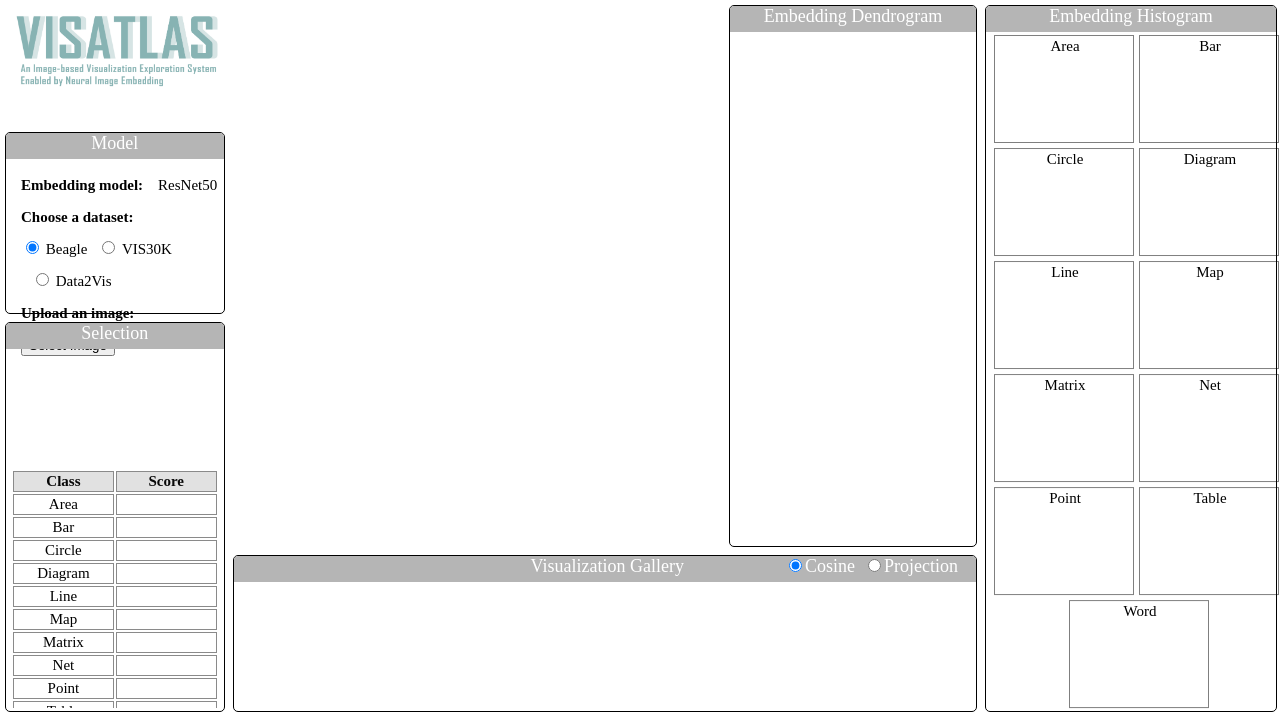
Repository: yilinye/AI_and_human_paintings
Page: / (app in VIS4AI_art/Frontend/)
The author's editor kept a copy of each file at every save. The page is drawn from the files as they stood at one save, then again after the next save.
The browser window is 1280 px wide. The page is 1280 px wide, then 1283 px, so the pictures cover 1283 px, including what lies to the right of the window. The pictures show the whole page.
The page's requests for data from a server got no answer. The project was rebuilt for these pictures with package versions that can differ from the ones it lists, and the page was loaded fresh each time. No one was signed in, and anything a server would have sent is missing. Also part of the build but not shown: VIS4AI_art/Frontend/vite.config.js, VIS4AI_art/Frontend/vue.config.js, VIS4AI_art/Frontend/src/components/WelcomeItem.vue, VIS4AI_art/Frontend/src/components/icons/IconDocumentation.vue, VIS4AI_art/Frontend/src/components/icons/IconTooling.vue, VIS4AI_art/Frontend/src/components/icons/IconEcosystem.vue, VIS4AI_art/Frontend/src/components/icons/IconCommunity.vue, VIS4AI_art/Frontend/src/components/icons/IconSupport.vue and 2 more.

Above is the page before, as saved 2022-04-30 22:51:58.

### VIS4AI_art/Frontend/src/App.vue
<!--
 * @Author: Qing Shi
 * @LastEditTime: 2022-04-12 22:41:44
 * @Knowledge:
 * @Description:
 * @Attention:
-->

<template>
  <VisView/>
</template>

<script>
import VisView from "./views/visView.vue";

// var Event = new Vue();
export default {
    components: { VisView }
}
</script>

<style>
@import "./assets/base.css";

#app {
  height: calc(100%);
  font-weight: normal;
}

</style>

### VIS4AI_art/Frontend/src/assets/base.css
body {

  margin: 0%;
  height: 100%;
  width: 100%;
  background-color: rgb(255, 255, 255);
  overflow: hidden;
}


#titleBar {
  background: rgb(181, 181, 181);
  height: 26px;
  width: calc(100% + 0px);
  border-radius: 4px 4px 0px 0px;
  /* border: solid 1px; */
  transform: translate(0px);
  text-align: center;
  color: white;
  font-size: 18px;
}


/*chrome--------------------------------------------start*/
::-webkit-scrollbar {
  width: 8px;
  height: 8px;
}

/* Track */
::-webkit-scrollbar-track {
  background: #ffffff;
  border-radius: 8px;
}

/* Handle */
::-webkit-scrollbar-thumb {
  background: rgb(201, 201, 202);
  border-radius: 8px;
}

/* Handle on hover */
::-webkit-scrollbar-thumb:hover {
  background: rgb(162, 162, 163);
}

.el-menu::-webkit-scrollbar,
.el-table__body-wrapper::-webkit-scrollbar {
  display: none;
}

.el-menu:hover::-webkit-scrollbar,
.el-table__body-wrapper:hover::-webkit-scrollbar {
  display: block;
}

/*chrome--------------------------------------------end*/

### VIS4AI_art/Frontend/src/components/selectView.vue
<!--
 * @Author: Qing Shi
 * @LastEditTime: 2022-04-30 20:52:22
 * @Knowledge:
 * @Description:
 * @Attention:
-->
<template>
  <div style="height: 100%">
    <div id="titleBar">
      {{ viewName }}
    </div>
    <div id="selectPic">
      <div
        v-if="isChoose"
        id="isChoose"
      >
        <img
          id="nodePic"
        >
      </div>
    </div>
    <div id="selectTable">
      <table style="width:calc(100% - 10px);text-align: center;margin-top:2px;height:calc(100% - 10px);margin-bottom:5px;margin-left:5px; margin-right: 5px;">
        <tr style="height:calc(8% - 30px)">
          <th>Class</th>
          <th>Score</th>
        </tr>
        <tr
          v-for="item in items"
          :key="item.className"
          style="height:calc(8% - 30px)"
        >
          <td>{{ item.className }}</td>
          <td :id="item.className+'Table'">{{ item.classScore }}</td>
        </tr>
      </table>
    </div>
  </div>
</template>

<script>
export default {
  data () {
    return {
      viewName: "Selection",
      isChoose: true,
      picPath: "/src/assets/logo.svg",
      items: {
        Area: { className: "Area", classScore: "" },
        Bar: { className: "Bar", classScore: "" },
        Circle: { className: "Circle", classScore: "" },
        Diagram: { className: "Diagram", classScore: "" },
        Line: { className: "Line", classScore: "" },
        Map: { className: "Map", classScore: "" },
        Matrix: { className: "Matrix", classScore: "" },
        Net: { className: "Net", classScore: "" },
        Point: { className: "Point", classScore: "" },
        Table: { className: "Table", classScore: "" },
        Word: { className: "Word", classScore: "" },
      }
    }
  }
}
</script>

<style>
#selectPic {
  height: 30%;
  width: 100%;
}
#isChoose {
  text-align: center;
  margin-top: 1px;
  margin-left: 6px;
  margin-right: 6px;
  margin-bottom: 2px;
  height: 100%;
  display: flex;
  flex-direction: column;
  justify-content: center;
  align-items: center;
}
#selectTable {
  height: calc(70% - 30px);
  width: 100%;
  overflow: auto;
  /* background-color: #000000; */
}

th {
  text-align: middle;
  /* padding-left: 45px; */
  /* border-bottom: 1px solid #ddd; */
  border: 1px solid rgb(138, 138, 138);
  /* background-color: white; */
  background-color: rgb(225, 225, 225);
  color: rgb(7, 7, 7);
  font-size: 15px;
  /* color: white; */
}

td {
  text-align: middle;
  /* padding-left: 45px; */
  width: 50%;
  /* border-bottom: 1px solid #ddd; */
  border: 1px solid rgb(138, 138, 138);
  font-size: 15px;
  color: black;
  /* height: 100% */
}

/* tr {
  height: calc(100%)
} */

tr:hover {
  background-color: rgb(231, 164, 179);
}
</style>

### VIS4AI_art/Frontend/src/components/histogramView.vue
<!--
 * @Author: Qing Shi
 * @LastEditTime: 2022-04-30 22:51:15
 * @Knowledge:
 * @Description:
 * @Attention:
-->
<template>
  <div>
    <div id="titleBar">
      {{ viewName }}
    </div>
    <div id="mainHistogram">
      <div
        v-for="(ty, index) in typeName"
        :key="ty"
        :id="'His' + ty"
        v-bind:style="{ border: 'solid 1px rgba(0, 0, 0, 0.5)', width: wd, height:hs, position: 'absolute', left: '8px', transform: 'translate(' + (index == 10 ? 'calc(50% + 5px)' : index % 2 ? 'calc(100% + 5px)' : '0') + ',' + 'calc(' + ((Math.floor(index / 2)) * 100) + '% + ' + ((Math.floor(index / 2)) * 5) + 'px' + ' + 3px)' + ')' }"
      >

      </div>
    </div>
  </div>
</template>

<script>
import * as d3 from 'd3';
import { dataService } from '../service';
export default {
  mounted () {
    // dataService.fetchData({ 'filePath': this.fileP.filePath }, fileData => {
    //   console.log(11111);

    //   // this.drawHistogram(fileData.data.data, this.typeName);
    // });
    this.typeName.forEach(d => {
      this.createSVG(d);
    })

    this.drawHistogram(this.fileP.filePath, this.typeName);
  },
  data () {
    return {
      viewName: "Embedding Histogram",
      typeName: ["Area", "Bar", "Circle", "Diagram", "Line", "Map", "Matrix", "Net", "Point", "Table", "Word"],
      hs: "calc(16.6% - 11px)",
      wd: "calc(50% - 7px)",
      selectType: '',
      xAxis: undefined,
      yAxis: {},
      hisWidth: 0,
      hisHeight: 0,
      levelCluster: {
        "Beagle": ['Circle', 'Map', 'Line', 'Area', 'Bar', 'Net', 'Point', 'Diagram', 'Matrix', 'Table', 'Word'],
        "VIS": ["Map", "Circle", "Bar", "Point", "Line", "Diagram", "Matrix", "Net", "Area", "Table", "Word"],
        "Data": ["Area", "Line", "Bar", "Point"]
      },

    };
  },
  inject: ['fileP'], // get file path from visView.vue
  methods: {
    /**
     * @description: create svg for every histogram
     * @param {*} hisType Feature
     * @return {*}
     */
    createSVG: function (hisType) {
      d3.select("#" + hisType + 'Svg').remove();
      const hisHeight = document.getElementById(('His' + hisType)).offsetHeight;
      const hisWidth = document.getElementById(('His' + hisType)).offsetWidth;
      this.hisHeight = hisHeight;
      this.hisWidth = hisWidth;
      d3.select('#His' + hisType)
        .append('svg')
        .attr('id', hisType + 'Svg')
        .attr('width', hisWidth)
        .attr('height', hisHeight)
      d3.select('#' + hisType + 'Svg')
        .append('text')
        .text(hisType)
        .attr('font-size', 15)
        .attr('text-anchor', 'middle')
        .attr('y', 15)
        .attr('x', hisWidth / 2)
    },
    /**
     * @description: data processing and use function
     * @param {String} filePath: which file will be used, selected in modelView.vue
     * @param {Array} hisTypeArray: Feature Group
     * @return {*}
     */
    drawHistogram: function (filePath, hisTypeArray) {
      d3.csv(filePath).then((fileData) => {
        hisTypeArray.forEach(hisType => {
          // index name need small letters
          let hisTag = hisType.toLowerCase();
          const hisData = new Object();
          for (let i = 0; i < fileData.length; ++i) {
            let indexNum = Math.floor(parseFloat(fileData[i][hisTag]) * 10);
            if (indexNum == 10) indexNum--; // let 1 to 0.9 ~ 1
            if (indexNum == 0) continue;
            if (typeof (hisData[indexNum]) == 'undefined') {
              hisData[indexNum] = { cnt: 0, items: [] };
            }
            hisData[indexNum].cnt++;
            hisData[indexNum].items.push(fileData[i]);
          }

          // remove old View
          d3.select("#his_g_" + hisType).remove();
          // define new View
          d3.select("#" + hisType + "Svg")
            .append('g')
            .attr("id", "his_g_" + hisType);

          this.drawRectAndAxis(hisData, hisType);
          this.drawSelectRect(hisData, hisType);
          this.RectBrush(hisData, hisType);
          // this.allHisData[hisType] = hisData;
          // d3.select("#selCircle8").transition().duration(2000).attr('y', 20).attr("height", 70);
        })
      });
    },
    /**
     * @description: draw bar charts and x/y axises
     * @param {Array} hisData bar chart data
     * @param {String} hisType Feature
     * @return {*}
     */
    drawRectAndAxis: function (hisData, hisType) {
      // remove old View
      d3.select("#his_rect_g_" + hisType).remove();
      // define new View
      const his_g = d3.select("#his_g_" + hisType)
        .append('g')
        .attr("id", "his_rect_g_" + hisType);

      const hisArray = new Array();

      for (let i in hisData)
        hisArray.push(hisData[i].cnt);

      const xAxis = d3.scaleLinear()
        .domain([0.1, 1.0])
        .range([0, this.hisWidth - 60])
      const yAxis = d3.scaleLinear()
        .domain([0, d3.max(hisArray)])
        .range([this.hisHeight - 42, 0]);
      this.xAxis = xAxis;
      this.yAxis[hisType] = yAxis;

      his_g.append('g')
        .selectAll("#hisRect" + hisType)
        .attr('id', "hisRect" + hisType)
        .data(hisArray)
        .enter()
        .append('rect')
        .attr("dmax", d3.max(hisArray))
        .attr('x', (d, i) => {
          return this.xAxis((i + 1) / 10) + 45 + 5;
        })
        .attr('y', (d, i) => {
          return this.yAxis[hisType](d) + 20;
        })
        .attr('height', d => {
          return this.hisHeight - 42 - this.yAxis[hisType](d)
        })
        .attr('width', 10)
        .attr('fill', "rgb(198, 198, 198)");
      // draw Axis
      his_g.append('g')
        .call(d3.axisBottom(xAxis).ticks(5))
        .attr("transform", `translate(${45}, ${this.hisHeight - 22})`);
      his_g.append('g')
        .call(d3.axisLeft(yAxis).ticks(5))
        .attr("transform", `translate(${45}, ${20})`);
    },
    /**
     * @description: draw bar charts which be select. I draw them without height. When I select some data, I will change the height of them.
     * @param {*} hisData bar chart data
     * @param {*} hisType Feature
     * @return {*}
     */
    drawSelectRect: function (hisData, hisType) {
      // remove old View
      d3.select("#his_sel_g_" + hisType).remove();
      // define new View
      const his_g = d3.select("#his_g_" + hisType)
        .append('g')
        .attr("id", "his_sel_g_" + hisType);

      const hisArray = new Array();
      for (let i in hisData)
        hisArray.push(hisData[i].cnt);
      // console.log()
      his_g.append('g')
        .selectAll("#hisSelRect" + hisType)
        .attr('id', "hisSelRect" + hisType)
        .data(hisArray)
        .enter()
        .append('rect')
        .attr("dmax", this.yAxis[hisType].domain()[1])
        .attr("hisHeight", this.hisHeight)
        .attr("id", (d, i) => {
          return "sel" + hisType + (i + 1);
        })
        .attr('x', (d, i) => {
          return this.xAxis((i + 1) / 10) + 40;
        })
        .attr('y', (d, i) => {
          return this.hisHeight - 20;
        })
        .attr('height', d => {
          return 0;
        })
        .attr('width', 10)
        .attr('fill', "orange");
    },
    /**
     * @description: a brush. Select areas in the bar chart
     * @param {*} hisData bar chart data
     * @param {*} hisType Feature
     * @return {*}
     */
    RectBrush (hisData, hisType) {
      let _this = this;
      const hisArray = new Array();
      for (let i in hisData)
        hisArray.push(hisData[i].cnt);
      const brush = d3.brush()
        .extent([
          [30, 15],
          [_this.hisWidth - 5, _this.hisHeight - 10]
        ])
        .on('start', function ({ selection }) {
          if (selection != null) {
            d3.select('#brush_rect').remove();
          }
        })
        // .on('brush', brushing)
        .on('end', brushed);
      // console.log(hisData)
      const brush_g = d3.select("#his_g_" + hisType)
        .append('g')
        .attr('id', 'brush_g' + hisType)
        .call(brush);

      // I really don't like programing this function, but it's the method which can clear the brush.
      function brushed ({ selection }) {
        if (selection != null) {
          const [
            [x0, y0],
            [x1, y1]
          ] = selection;
          d3.select('#his_g_' + hisType)
            .append("rect")
            .attr('id', 'brush_rect')
            .attr('x', x0)
            .attr('y', y0)
            .attr('width', x1 - x0)
            .attr('height', y1 - y0)
            .attr('fill', 'white')
            .attr('fill-opacity', 0)
            .attr('stroke', '#2378ae')
            .attr('stroke-dasharray', '4, 4')
            .attr('stroke-width', 3);

          let levelType = undefined;
          let pidScatter = {};

        let filePath = _this.fileP.filePath;
        if (filePath[13] == 'B') {
          levelType = _this.levelCluster["Beagle"];
        }

        if (filePath[13] == 'V') {
          levelType = _this.levelCluster["VIS"];
        }

        if (filePath[13] == 'D') {
          levelType = _this.levelCluster["Data"];
        }
          let treeCnt = {};
          levelType.forEach(d => {
            treeCnt[d.toLowerCase()] = {
              value: 0,
              id: d
            }
          })
          let selectData = {};
          _this.typeName.forEach(d => {
            selectData[d] = {};
            for (let i = 1; i <= 9; ++i)
              selectData[d][i] = { cnt: 0 };
          })
          for (let i = 0; i < 9; ++i) {
            if (x0 < _this.xAxis((i + 1) / 10) + 40 + 6 && _this.xAxis((i + 1) / 10) + 40 + 6 < x1) {
              hisData[i + 1].items.forEach(d => {
                pidScatter[d.pid] = 1;
                // d3.select("#rad_cir" + d.pid).attr('opacity', 1).attr('r', 4);
                _this.typeName.forEach(hisTag => {
                  let indexNum = Math.floor(parseFloat(d[hisTag.toLowerCase()]) * 10);
                  if (indexNum == 10) indexNum--; // let 1 to 0.9 ~ 1
                  if (indexNum != 0) {
                    selectData[hisTag][indexNum].cnt++;
                  }
                })
                treeCnt[d['class']].value++;
              })
            }
          }
          d3.selectAll('.rad_cir')
            .attr('r', d => {
              return pidScatter[d.pid] == 1 ? 2 : 0;
            })
          for (let i in selectData) {
            for (let j in selectData[i]) {
              d3.select("#sel" + i + (j))
                .transition().duration(1000)
                .attr('y', _this.yAxis[i](selectData[i][j].cnt) + 20)
                .attr("height", _this.hisHeight - 42 - _this.yAxis[i](selectData[i][j].cnt));
            }
          }
          let treeData = [];
          let sumTree = 0;
          for (let i in treeCnt) {
            if (treeCnt[i].value > 0) {
              treeData.push({
                value: treeCnt[i].value,
                id: treeCnt[i].id.toLowerCase(),
                top: sumTree
              });
              sumTree += treeCnt[i].value;
            }
          }
          _this.updateTree(treeData, sumTree);
          // clear brush
          d3.select(this).call(brush.move, null);
        }
      }
    },
    /**
     * @description: update Dendrogram
     * @param {Array} treeData data of the tree
     * @param {Int} sumTree Number of all selected elements
     * @return {*}
     */
    updateTree (treeData, sumTree) {
      this.$emit('updateTree', treeData, sumTree);
    }
  },
  watch: {
    fileP: {
      handler (newValue, oldValue) {
        console.log(newValue)
        this.drawHistogram(this.fileP.filePath, this.typeName);
      },
      deep: true
    }
  }
}
</script>

<style>
#mainHistogram {
  height: calc(100% - 30px);
  width: calc(100%);
  /* background-color: #000; */
}
.selection {
  fill: none;
  stroke: #2378ae;
  stroke-width: 3;
  stroke-dasharray: 4, 4;
}
</style>

### VIS4AI_art/Frontend/src/components/galleryView.vue
<template>
  <div style="width: 100%; height: 100%;">
    <div id="titleBar">
      <span style="position: absolute; left: 40%;">{{ viewName }}</span>
      <span style="float: right">
        <form
          id="select-distance"
          style="margin-top:0;margin-right:18px"
        >

          <input
            type="radio"
            id="metricChoice1"
            name="contact"
            value="cosine"
            checked="checked"
            @click="updateType('Cosine')"
          >
          <label for="metricChoice1">Cosine</label>

          <input
            type="radio"
            id="metricChoice2"
            name="contact"
            value="radviz"
            style="margin-left:13px;padding-top:50%;"
            @click="updateType('Projection')"
          >
          <label for="metricChoice2">Projection</label>

        </form>
      </span>

    </div>
    <div id="nodeGallery">
      <div style="height: 100%; white-space: nowrap;">
        <div
          v-for="(item, index) in closeNode"
          :key="index"
          class="closeNode"
        >
          <img
            :src="'/src/assets' + item.path.slice(1)"
            alt=""
            :pid="item.pid"
            style="height:100%;"
            @click="updateSelectNode(item)"
          >
        </div>
      </div>
    </div>
  </div>
</template>

<script>
export default {
  data () {
    return {
      viewName: "Visualization Gallery",
      closeNode: []
    }
  },
  methods: {
    /**
     * @description: set the closeNode
     * @param {Array} data picture information from visView.vue
     * @return {*}
     */
    setCloseNode (data) {
      // console.log(data);
      this.closeNode = data;
    },
    /**
     * @description: change the gallery type
     * @param {String} data Cosine / Projection
     * @return {*}
     */
    updateType (data) {
      // console.log(data)
      this.$emit('updateGType', data);
    },
    /**
     * @description: select a picture and upload information
     * @param {*} data data bound to the picture
     * @return {*}
     */
    updateSelectNode (data) {
      this.$emit("updateSelectNode", data);
    }
  }
}
</script>

<style>
#nodeGallery {
  overflow-x: scroll;
  overflow-y: hidden;
  width: 100%;
  height: calc(100% - 30px);
}
.closeNode {
  /* position: absolute; */
  /* width: 20%; */
  height: calc(100% - 20px);
  /* padding-bottom: 50%; */
  /* position: fixed; */
  margin-top: 10px;
  margin-bottom: 10px;
  border: solid 1px rgba(0, 0, 0, 0.5);
  margin-left: 5px;
  margin-right: 5px;
  /* float: left; */
  white-space: normal;
  display: inline-block;
  /* display: flex; */
  flex-direction: column;
  justify-content: center;
  align-items: center;
}
</style>

Loaded but not shown: VIS4AI_art/Frontend/index.html (common file); VIS4AI_art/Frontend/src/service/modules/dataService.js (24 lines, source omitted); VIS4AI_art/Frontend/src/router/index.js (21 lines, source omitted); VIS4AI_art/Frontend/src/main.js (11 lines, source omitted); VIS4AI_art/Frontend/src/service/index.js (1 lines, source omitted); VIS4AI_art/Frontend/src/components/mainView.vue (851 lines, source omitted); VIS4AI_art/Frontend/src/components/dendrogramView.vue (279 lines, source omitted); VIS4AI_art/Frontend/src/components/modelView.vue (167 lines, source omitted); VIS4AI_art/Frontend/src/views/visView.vue (199 lines, source omitted)

After the next save:
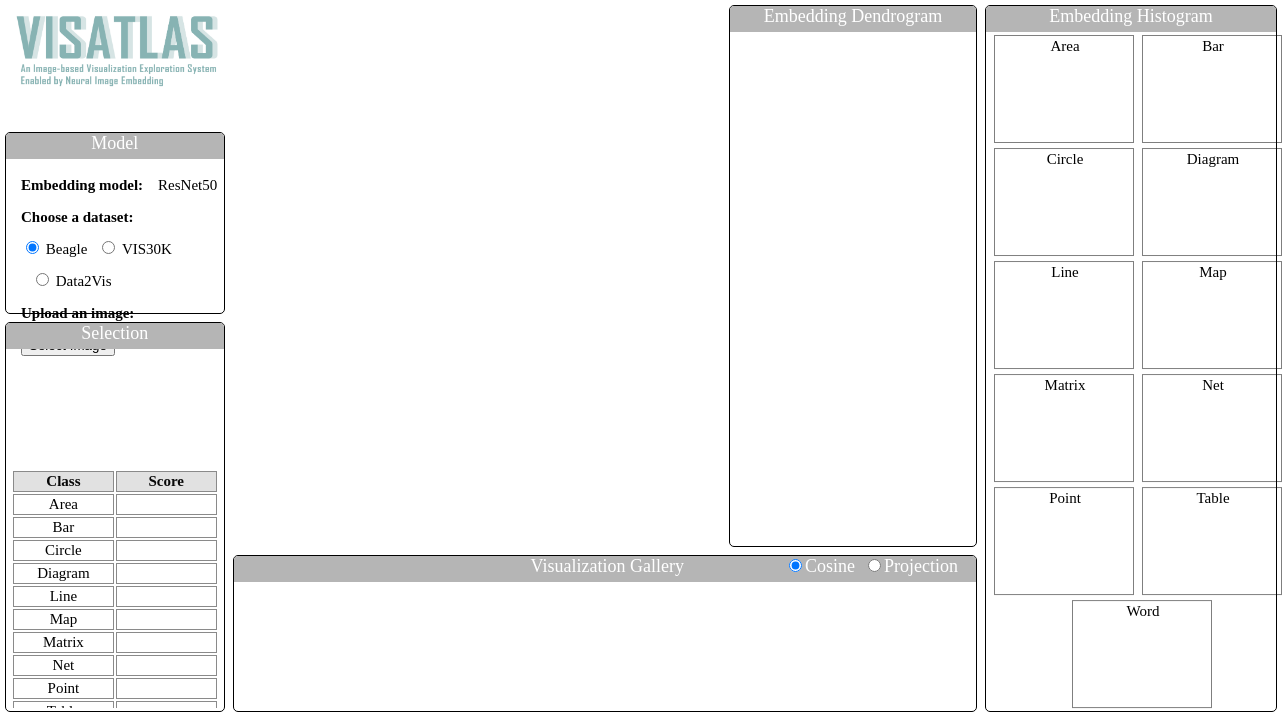
Saved 37 s later.
--- a/VIS4AI_art/Frontend/src/components/histogramView.vue
+++ b/VIS4AI_art/Frontend/src/components/histogramView.vue
@@ -1,6 +1,6 @@
 <!--
  * @Author: Qing Shi
- * @LastEditTime: 2022-04-30 22:51:15
+ * @LastEditTime: 2022-04-30 22:52:35
  * @Knowledge:
  * @Description:
  * @Attention:
@@ -15,7 +15,7 @@
         v-for="(ty, index) in typeName"
         :key="ty"
         :id="'His' + ty"
-        v-bind:style="{ border: 'solid 1px rgba(0, 0, 0, 0.5)', width: wd, height:hs, position: 'absolute', left: '8px', transform: 'translate(' + (index == 10 ? 'calc(50% + 5px)' : index % 2 ? 'calc(100% + 5px)' : '0') + ',' + 'calc(' + ((Math.floor(index / 2)) * 100) + '% + ' + ((Math.floor(index / 2)) * 5) + 'px' + ' + 3px)' + ')' }"
+        v-bind:style="{ border: 'solid 1px rgba(0, 0, 0, 0.5)', width: wd, height:hs, position: 'absolute', left: '8px', transform: 'translate(' + (index == 10 ? 'calc(50% + 8px)' : index % 2 ? 'calc(100% + 8px)' : '0') + ',' + 'calc(' + ((Math.floor(index / 2)) * 100) + '% + ' + ((Math.floor(index / 2)) * 5) + 'px' + ' + 3px)' + ')' }"
       >
 
       </div>
